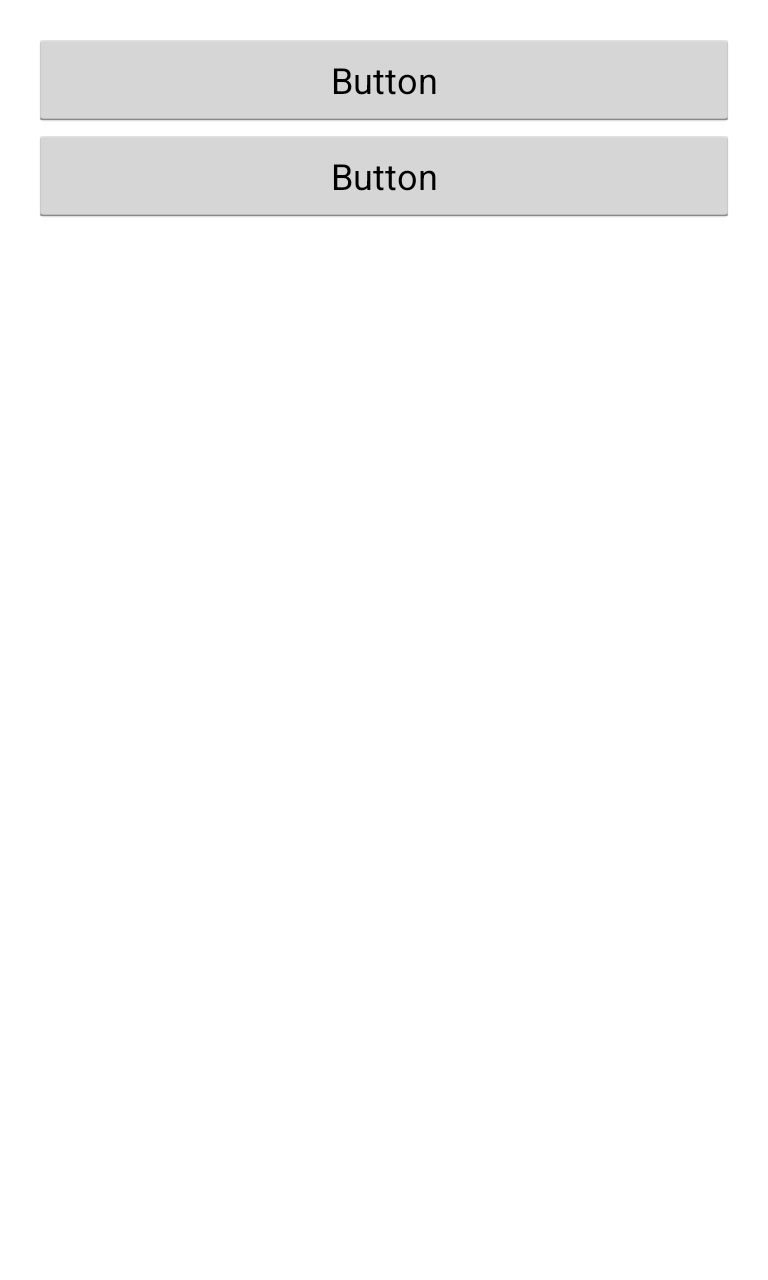
Repository: GUNDAMR/firstcode_android
Layout: C2ActivityLifeCycleTest/res/layout/activity_main.xml
These files come from the project's save history. The layout is drawn as it stood at one moment and after the next save; the edit follows.
It is drawn on a 768 x 1280 px phone screen (xhdpi) without system bars, with theme AppTheme; the app's code is not run.

Above is the layout before, as saved 2014-12-09 05:39:34.

### C2ActivityLifeCycleTest/res/layout/activity_main.xml
<LinearLayout xmlns:android="http://schemas.android.com/apk/res/android"
    xmlns:tools="http://schemas.android.com/tools"
    android:layout_width="match_parent"
    android:layout_height="match_parent"
    android:orientation="vertical"
    android:paddingBottom="@dimen/activity_vertical_margin"
    android:paddingLeft="@dimen/activity_horizontal_margin"
    android:paddingRight="@dimen/activity_horizontal_margin"
    android:paddingTop="@dimen/activity_vertical_margin"
    tools:context="com.raoxun.activitylifecycletest.MainActivity" >

    <Button
        android:id="@+id/btn_normal"
        android:layout_width="match_parent"
        android:layout_height="wrap_content"
        android:text="Button" />

    <Button
        android:id="@+id/button2"
        android:layout_width="match_parent"
        android:layout_height="wrap_content"
        android:text="Button" />

</LinearLayout>

Loaded but not shown: C2ActivityLifeCycleTest/res/values/styles.xml (common file); C2ActivityLifeCycleTest/res/values-v11/styles.xml (common file); C2ActivityLifeCycleTest/res/values-v14/styles.xml (common file); C2ActivityLifeCycleTest/res/values/dimens.xml (common file); C2ActivityLifeCycleTest/res/values-w820dp/dimens.xml (common file)

After the next save:
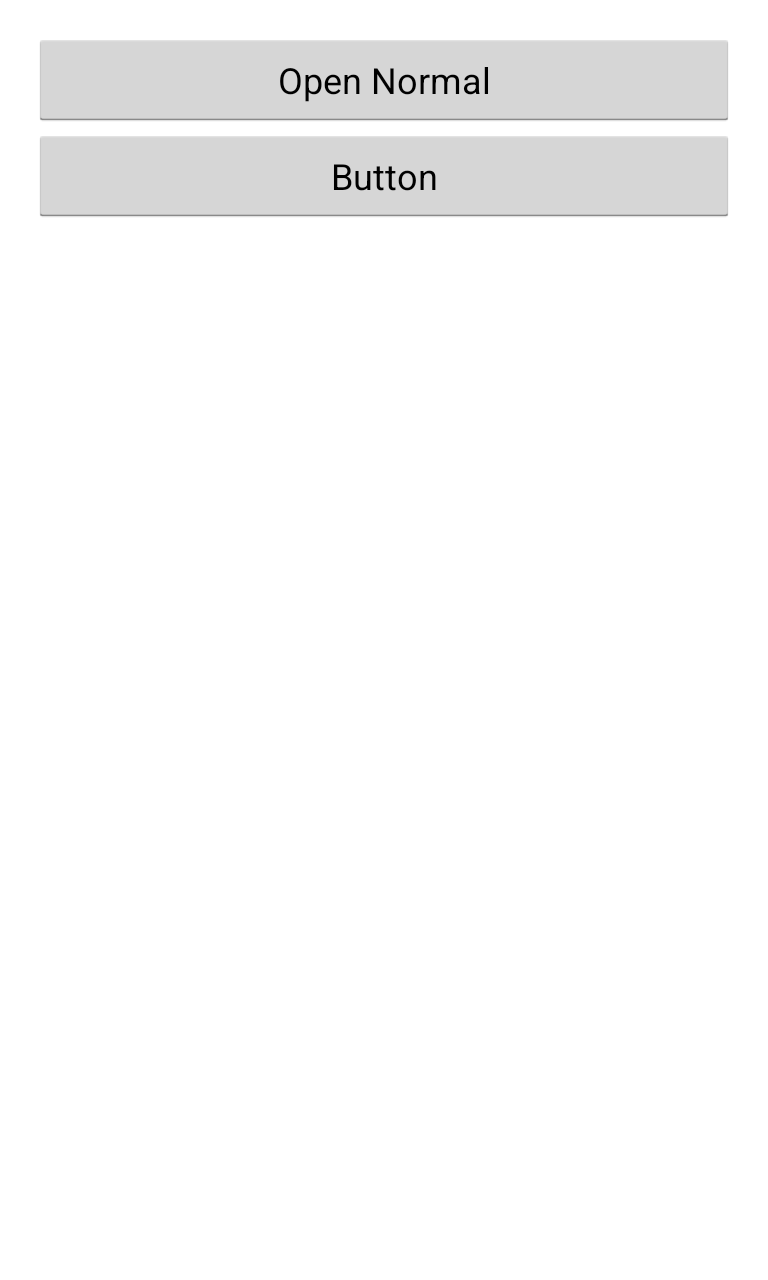
Saved 2 min 7 s later.
--- a/C2ActivityLifeCycleTest/res/layout/activity_main.xml
+++ b/C2ActivityLifeCycleTest/res/layout/activity_main.xml
@@ -1,5 +1,6 @@
 <LinearLayout xmlns:android="http://schemas.android.com/apk/res/android"
     xmlns:tools="http://schemas.android.com/tools"
+    android:id="@+id/LinearLayout1"
     android:layout_width="match_parent"
     android:layout_height="match_parent"
     android:orientation="vertical"
@@ -13,7 +14,7 @@
         android:id="@+id/btn_normal"
         android:layout_width="match_parent"
         android:layout_height="wrap_content"
-        android:text="Button" />
+        android:text="Open Normal" />
 
     <Button
         android:id="@+id/button2"
